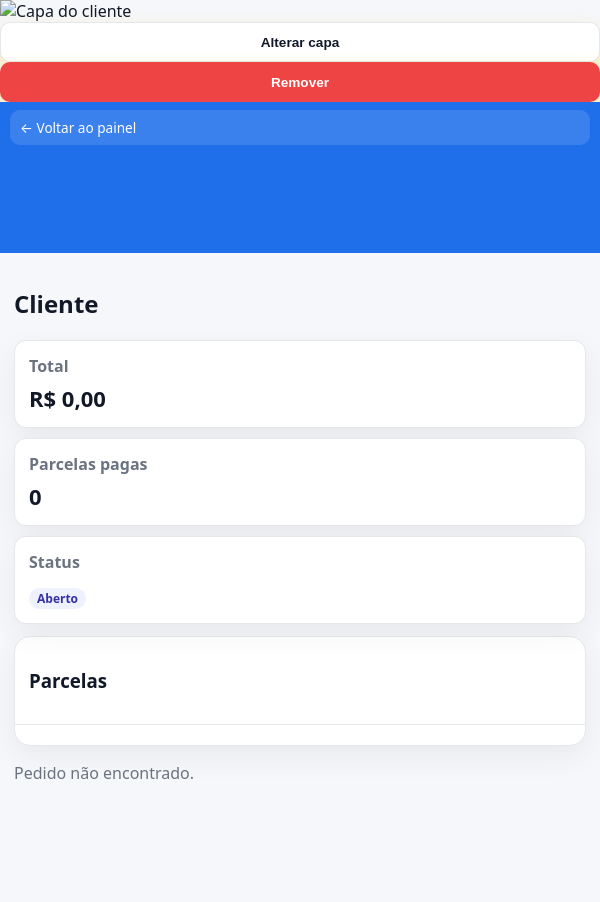
Repository: Rob-son-prog/NegocioSistema
Page: portal.html
These files come from the project's save history. The page is drawn as it stood at one moment and after the next save; the edit follows.
The browser window is 600 px wide. The pictures show the whole page.

Above is the page before, as saved 2025-08-27 08:40:31.

After the next save:
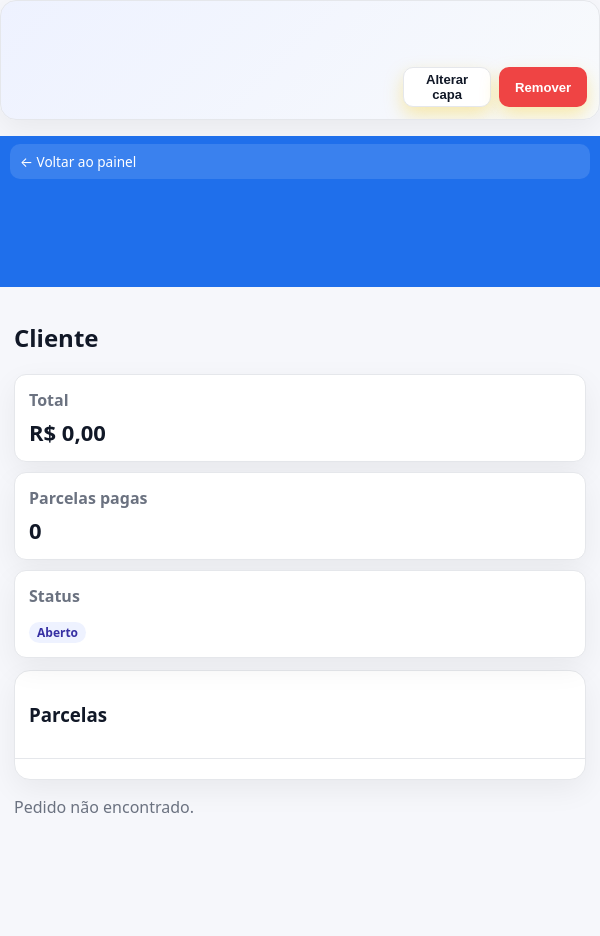
Saved 8 min 19 s later.
--- a/style.css
+++ b/style.css
@@ -677,3 +677,34 @@ body{margin:0;background:var(--bg);color:var(--ink);
   .content{ padding: 18px 20px !important; }
   .cards{ grid-template-columns: repeat(2,1fr) !important; }
 }
+
+/* ===== Capa do cliente (portal) ===== */
+.cover-wrap{
+  position: relative;
+  height: 180px;
+  border: 1px solid var(--line);
+  background: linear-gradient(135deg,#eef2ff,#f8fafc);
+  border-radius: 16px;
+  overflow: hidden;
+  margin-bottom: 16px;
+  box-shadow: 0 10px 30px rgba(0,0,0,.06);
+}
+.cover-wrap img{
+  width: 100%;
+  height: 100%;
+  object-fit: cover;
+  display: none; /* começa escondido até carregar */
+}
+.cover-actions{
+  position: absolute;
+  right: 12px;
+  bottom: 12px;
+  display: flex;
+  gap: 8px;
+}
+
+/* Responsivo */
+@media (max-width: 760px){
+  .cover-wrap{ height: 120px; }
+  .cover-actions .btn{ padding: 6px 10px; font-size: .82rem; }
+}
